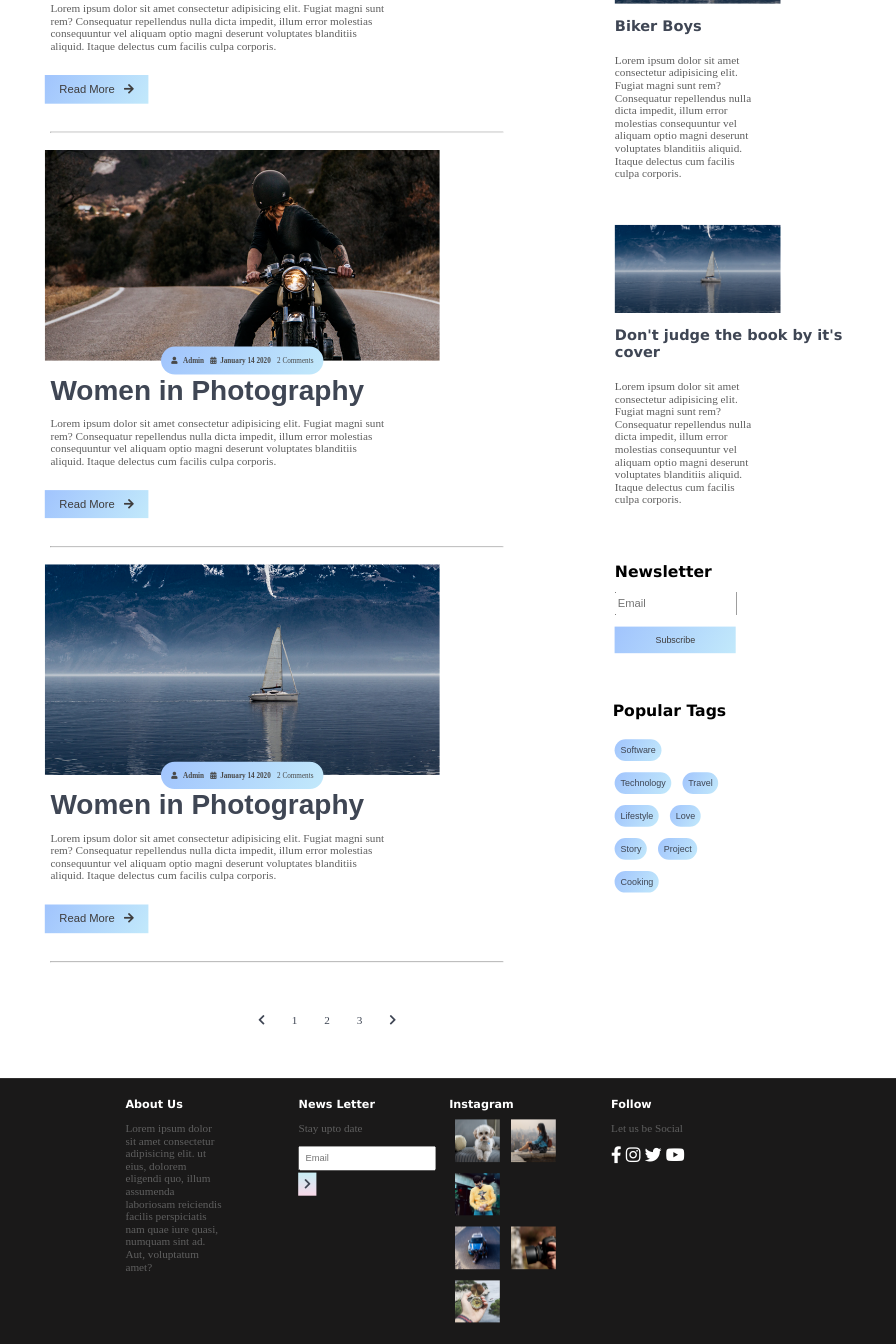
Repository: premjawaharp/Blogsite
Page: index.html
These files come from the project's save history. The page is drawn as it stood at one moment and after the next save; the edit follows.
The browser window is 1280 px wide. The pictures show the part of the page from y = 2283 to 4203 px (the page is 4203 px tall), at 70% of full size.

Above is the page before, as saved 2020-09-19 00:21:12.

After the next save:
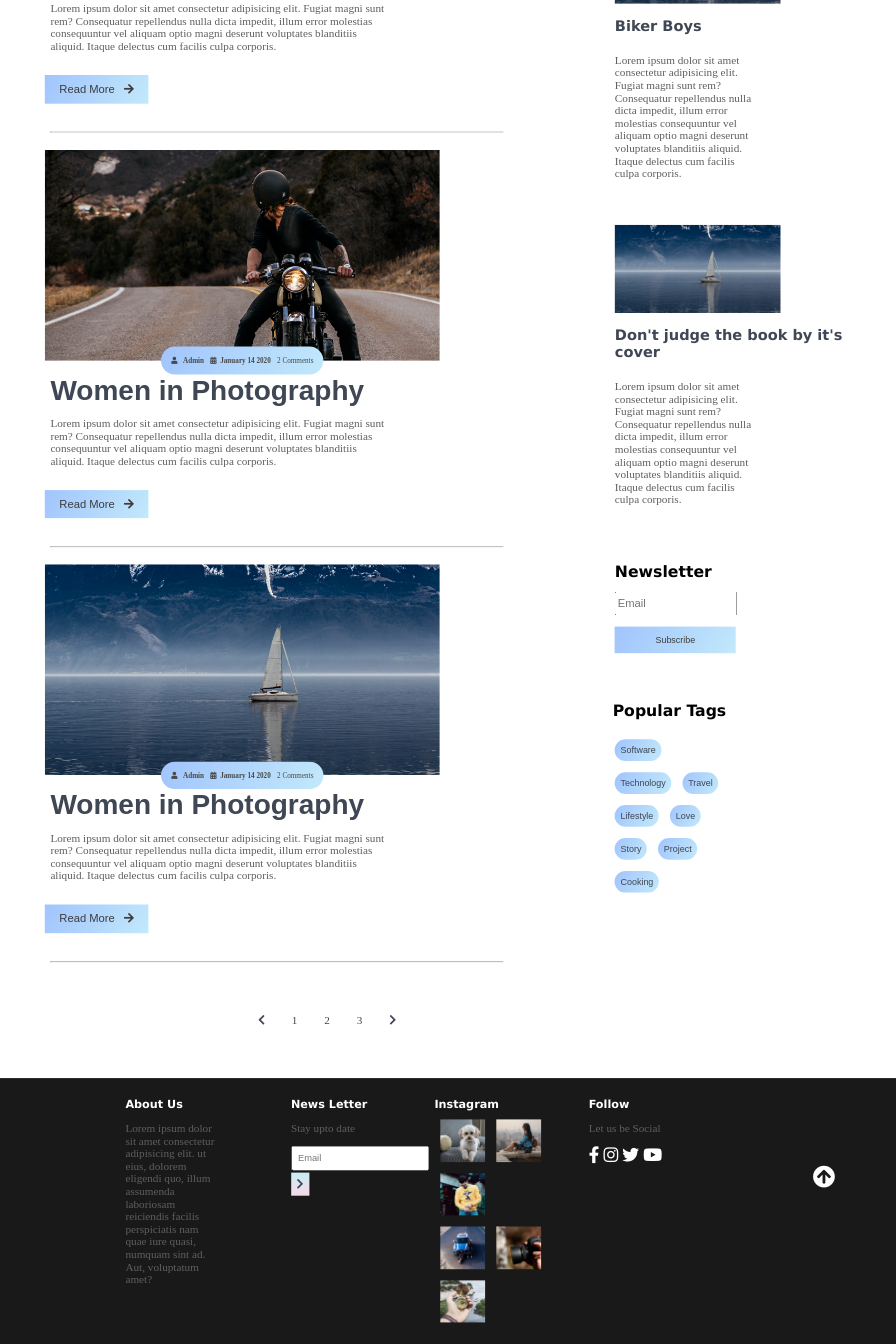
Saved 12 s later.
--- a/index.html
+++ b/index.html
@@ -349,7 +349,7 @@
                     <a href="#"><i class="fab fa-youtube"></i></a>
                     <div class="move-up">
                         <span>
-                            <a href="index.html"><i class="fas fa-long-arrow-circle-up"> </i></a>
+                            <a href="index.html"><i class="fas fa-arrow-circle-up"> </i></a>
                         </span>
                     </div>
                 </div>
